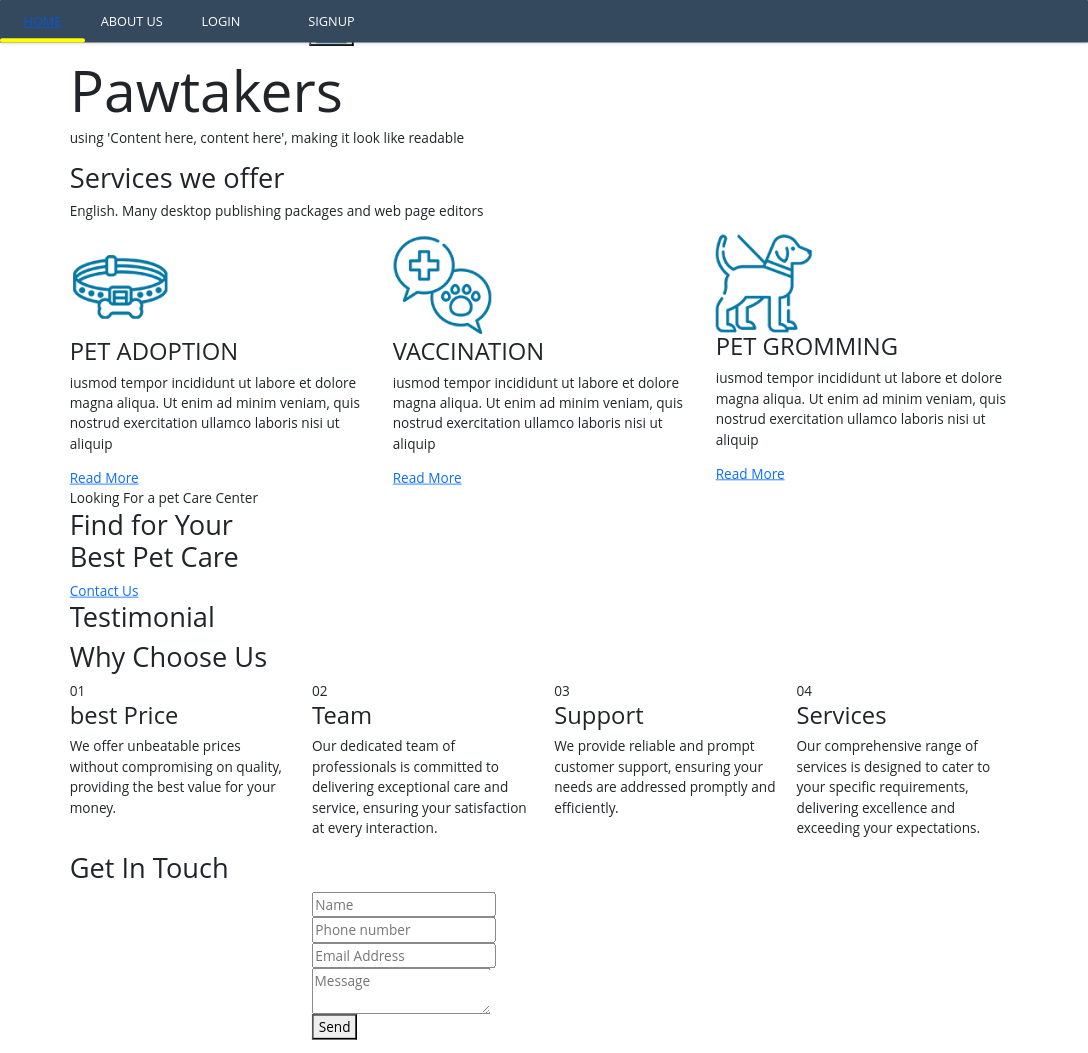
Repository: Chitti-g-k/Paw-Takers
Page: templates/index.html
An editor plug-in stored every save of this project. The page is shown before and after the next save, followed by the edit.
The browser window is 1280 px wide. The pictures show the whole page, at 85% of full size.
The template is drawn by Django 4.2. The application's start-up code is not run. The template is opened directly, without the code that normally fills it, so the values that code supplies are empty.

Above is the page before, as saved 2023-07-16 13:24:06.

After the next save:
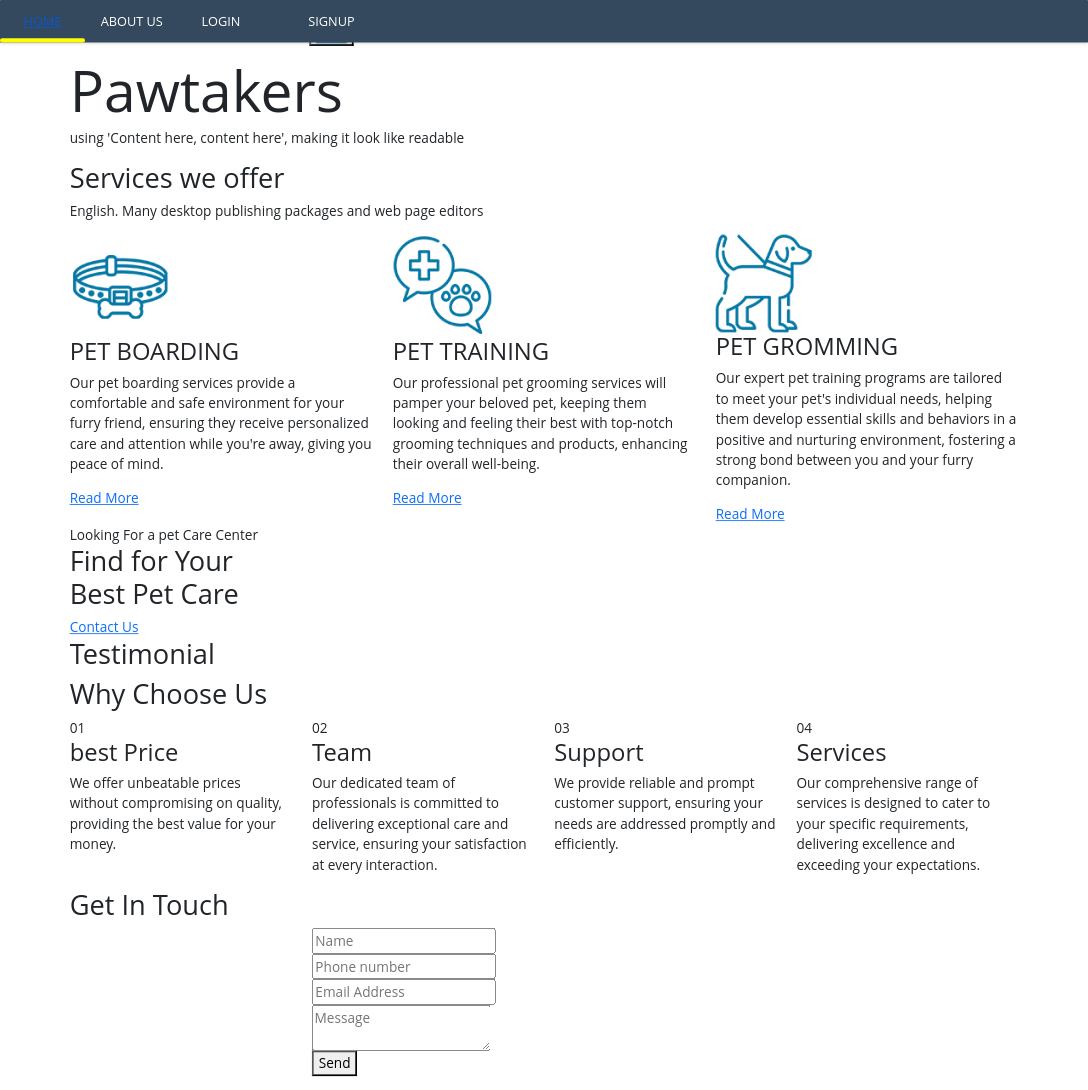
Saved 3 min 48 s later.
--- a/templates/index.html
+++ b/templates/index.html
@@ -168,16 +168,16 @@
                 <div class="col-md-4">
                     <div class="service_text">
                         <i><img src="{% static 'images/service_icon1.png' %}" alt="#"/></i>
-                        <h3>PET ADOPTION</h3>
-                        <p>iusmod tempor incididunt ut labore et dolore magna aliqua. Ut enim ad minim veniam, quis nostrud exercitation ullamco laboris nisi ut aliquip</p>
+                        <h3>PET BOARDING</h3>
+                        <p>Our pet boarding services provide a comfortable and safe environment for your furry friend, ensuring they receive personalized care and attention while you're away, giving you peace of mind.</p>
                         <a href="">Read More</a>
                     </div>
                 </div>
                 <div class="col-md-4">
                     <div class="service_text">
                         <i><img src="{% static 'images/service_icon2.png' %}" alt="#"/></i>
-                        <h3>VACCINATION</h3>
-                        <p>iusmod tempor incididunt ut labore et dolore magna aliqua. Ut enim ad minim veniam, quis nostrud exercitation ullamco laboris nisi ut aliquip</p>
+                        <h3>PET TRAINING</h3>
+                        <p>Our professional pet grooming services will pamper your beloved pet, keeping them looking and feeling their best with top-notch grooming techniques and products, enhancing their overall well-being.</p>
                         <a href="">Read More</a>
                     </div>
                 </div>
@@ -185,7 +185,7 @@
                     <div class="service_text">
                         <i><img src="{% static 'images/service_icon3.png' %}" alt="#"/></i>
                         <h3>PET GROMMING</h3>
-                        <p>iusmod tempor incididunt ut labore et dolore magna aliqua. Ut enim ad minim veniam, quis nostrud exercitation ullamco laboris nisi ut aliquip</p>
+                        <p>Our expert pet training programs are tailored to meet your pet's individual needs, helping them develop essential skills and behaviors in a positive and nurturing environment, fostering a strong bond between you and your furry companion.</p>
                         <a href="">Read More</a>
                     </div>
                 </div>
